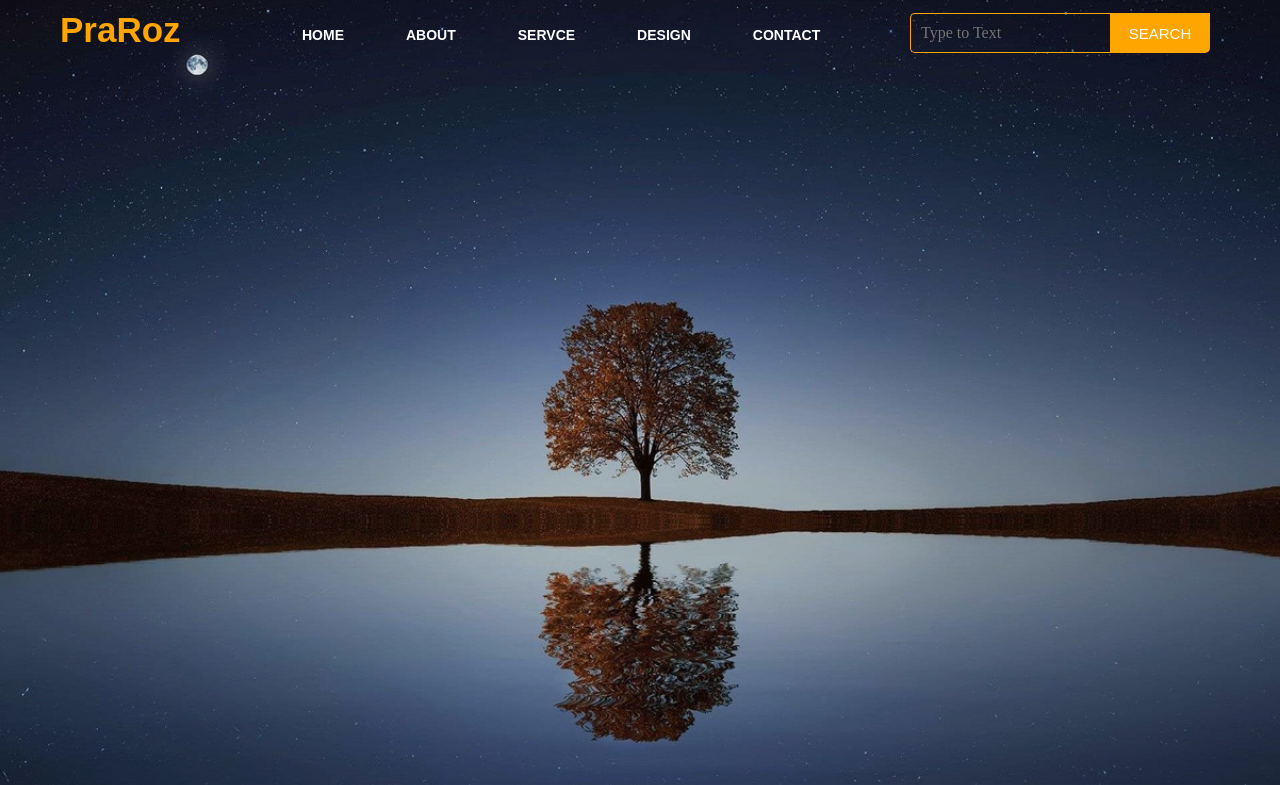
Repository: HuynhDuc23/project3
Page: index.html
The author's editor kept a copy of each file at every save. The page is drawn from the files as they stood at one save, then again after the next save.
The browser window is 1280 px wide. The pictures show the whole page.

Above is the page before, as saved 2023-05-04 14:58:44.

After the next save:
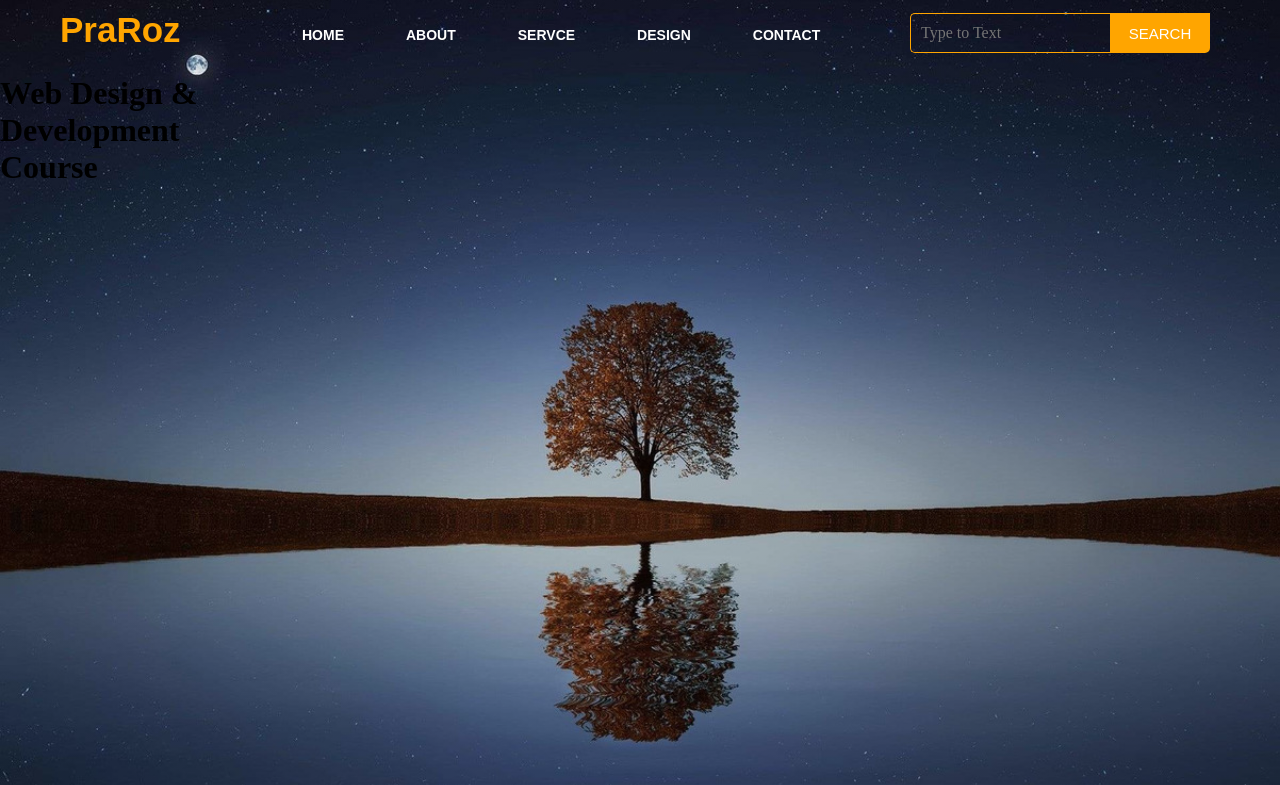
Saved 3 min 47 s later.
--- a/index.html
+++ b/index.html
@@ -27,6 +27,9 @@
                 <a href="#"><button class="btn">Search</button></a>
             </div>
         </div>
+        <div class="content">
+            <h1>Web Design & <br> <span>Development</span><br>Course</h1>
+        </div>
     </div>
 </body>
 </html>
